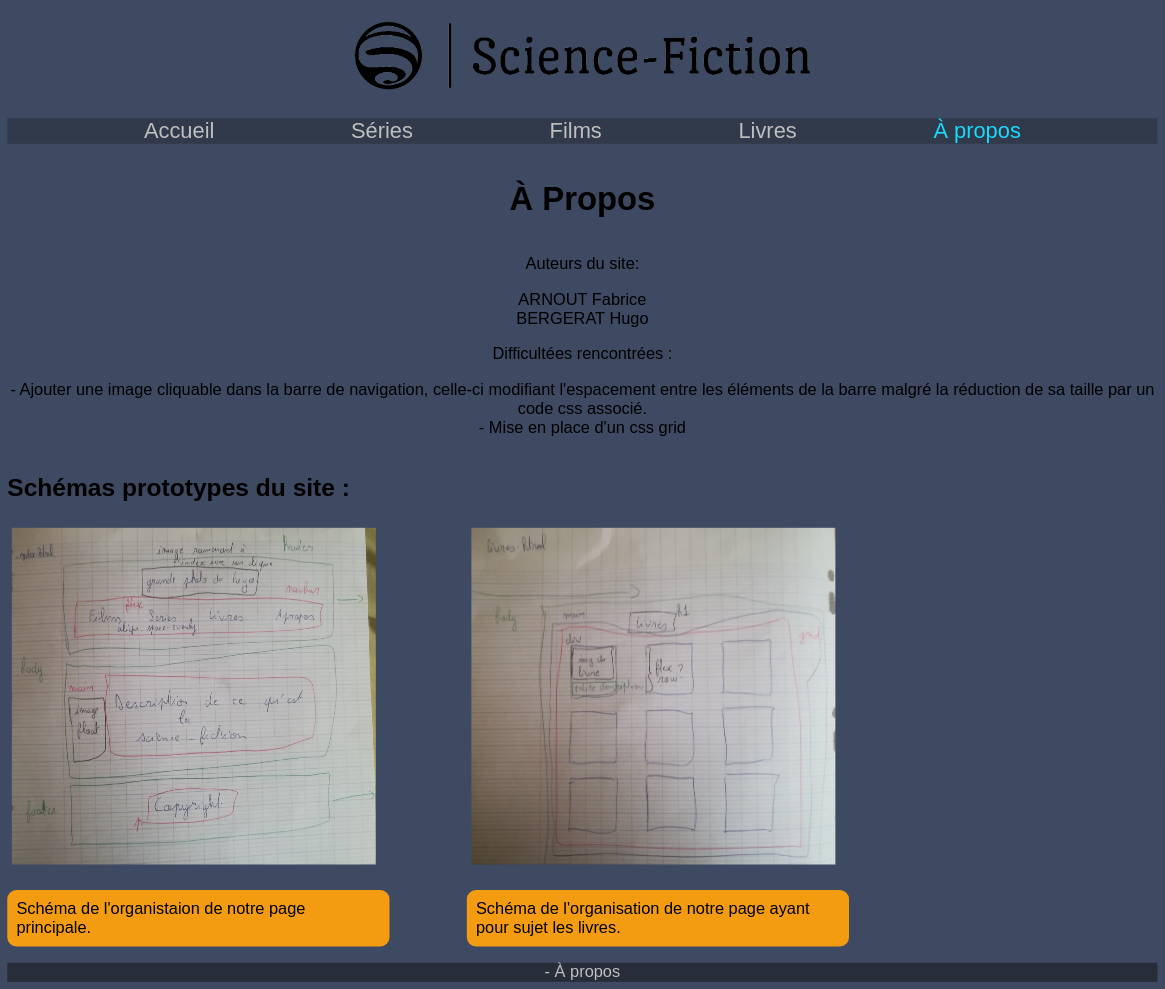
Repository: Emalios/Projet-Web
Page: html/a-propos.html
An editor plug-in stored every save of this project. The page is shown before and after the next save, followed by the edit.
The browser window is 1280 px wide. The pictures show the whole page, at 91% of full size.

Above is the page before, as saved 2020-11-11 20:17:14.

### html/a-propos.html
<!DOCTYPE html>
<html lang="fr" dir="ltr">

<head>
  <meta charset="utf-8">
  <meta name="viewport" content="width=device-width, initial-scale=1.0">
  <title>Science-Fiction - À propos</title>
  <link rel="icon" href="../images/small_icon.png" type="image/png">
  <link rel="stylesheet" href="../css/common.css">
  <link rel="stylesheet" href="../css/a-propos.css">
</head>

<body>
  <header>
    <img id="logo" src="../images/logo_large.png" alt="logo de Science-fiction">
    <nav class="navbar">
      <a href="../index.html" class="nav-link">Accueil</a>
      <a href="series.html" class="nav-link">Séries</a>
      <a href="films.html" class="nav-link">Films</a>
      <a href="livres.html" class="nav-link">Livres</a>
      <a href="a-propos.html" id="active" class="nav-link">À propos</a>
    </nav>
  </header>
  <main>
    <h1 id="title">À Propos</h1>
    <span id="presentation">
      <span id="auteurs-div">Auteurs du site:
        <ul id="auteurs">
          <li class="auteurs-item">ARNOUT Fabrice</li>
          <li class="auteurs-item">BERGERAT Hugo</li>
        </ul>
      </span>
      <span id="difficultees-div">
        Difficultées rencontrées :
        <ul id="difficultees">
          <li class="difficultees-item">- Ajouter une image cliquable dans la barre de navigation, celle-ci modifiant l'espacement entre les éléments de la barre malgré la réduction de sa taille par un code css associé.</li>
          <li class="difficultees-item">- Mise en place d'un css grid</li>
        </ul>
      </span>
    </span>
    <h2 id="sous-titre"> Schémas prototypes du site :</h2>
    <section class="section">
      <img id="schema_index" src="../images/schema_index.jpg" alt="schema de l'index de notre site">
      <p class="legende">Schéma de l'organistaion de notre page principale.</p>
    </section>
    <section class="section">
      <img id="schema_livres" src="../images/schema_livres.jpg" alt="schema de la pasges 'Livres' de notre site">
      <p class="legende">Schéma de l'organisation de notre page ayant pour sujet les livres.</p>
    </section>
  </main>
  <footer><a href="a-propos.html" class="footer-link">- À propos</a></footer>
</body>


</html>

### css/common.css
body {
  background-color: #3e4a61;
  font-size: 18px;
  font-family: "Source Sans Pro", sans-serif;
}

#logo {
  display: block;
  margin-left: auto;
  margin-right: auto;
  padding-top: 1rem;
  padding-bottom: 2rem;
  max-width: 500px;
}

ul {
  list-style: none outside none;
}

.navbar {
  font-size: 24px;
  display: flex;
  flex-wrap: wrap;
  justify-content: space-evenly;
  padding: 0;
  background-color: #313a4b;
}

.nav-link, .footer-link {
  text-decoration: none;
  color: #c0bebe;
}

.nav-link:hover {
  color: #19dafa;
}

#active {
  color: #19dafa !important;
}

#title {
  text-align: center;
  padding: 1rem;
}

footer {
  background-color: #272e3a;
  text-align: center;
}

@media all and (max-width: 700px) {
  #logo {
    display: block;
    margin-left: auto;
    margin-right: auto;
    padding-top: 1em;
    width: 85%;
    max-width: 500px;
  }

}

### css/a-propos.css
/** début css pour a propos */
.texte {
  display: inline-flex;
  flex-direction: row;
  margin: 8px;
  padding: 8px 10px;
  background-color: #f39c12;
  border-radius: 10px;
  max-width: 30%;
}

#auteurs {
  min-width: 155px;
  text-align: center;
}

#difficultes {
  min-width: 260px;
}

.description {
  display: block;
  text-align: justify;
  margin: 0px 5px 5px 5px;
}

section {
  display: inline-block;
  flex-direction: column;
  max-width: 500px;
  vertical-align: top;
  margin-right: auto;
  margin-left: auto;
}

#schema_index, #schema_livres {
  display: inline-block;
  padding: 5px;
  width: 400px;
  height: 370px;
}

.legende {
  display: inline-block;
  max-width: 400px;
  padding: 10px 10px;
  background-color: #f39c12;
  border-radius: 10px;
}

#presentation {
  display: flex;
  flex-direction: column;
}

#auteurs-div, #difficultees-div {
  text-align: center;
}

#auteurs, #difficultees {
  padding: 0;
  display: flex;
  flex-direction: column;
}

.auteurs-item, .difficultees-item {
  display: inline;
}

@media all and (max-width: 700px) {
  .texte {
    display: flex;
    flex-direction: column;
    margin-right: auto;
    margin-left: auto;
    padding: 8px 10px;
    background-color: #f39c12;
    border-radius: 10px;
    min-width: 70%;
    vertical-align: top;
  }
}

/** fin css pour a propos */

After the next save:
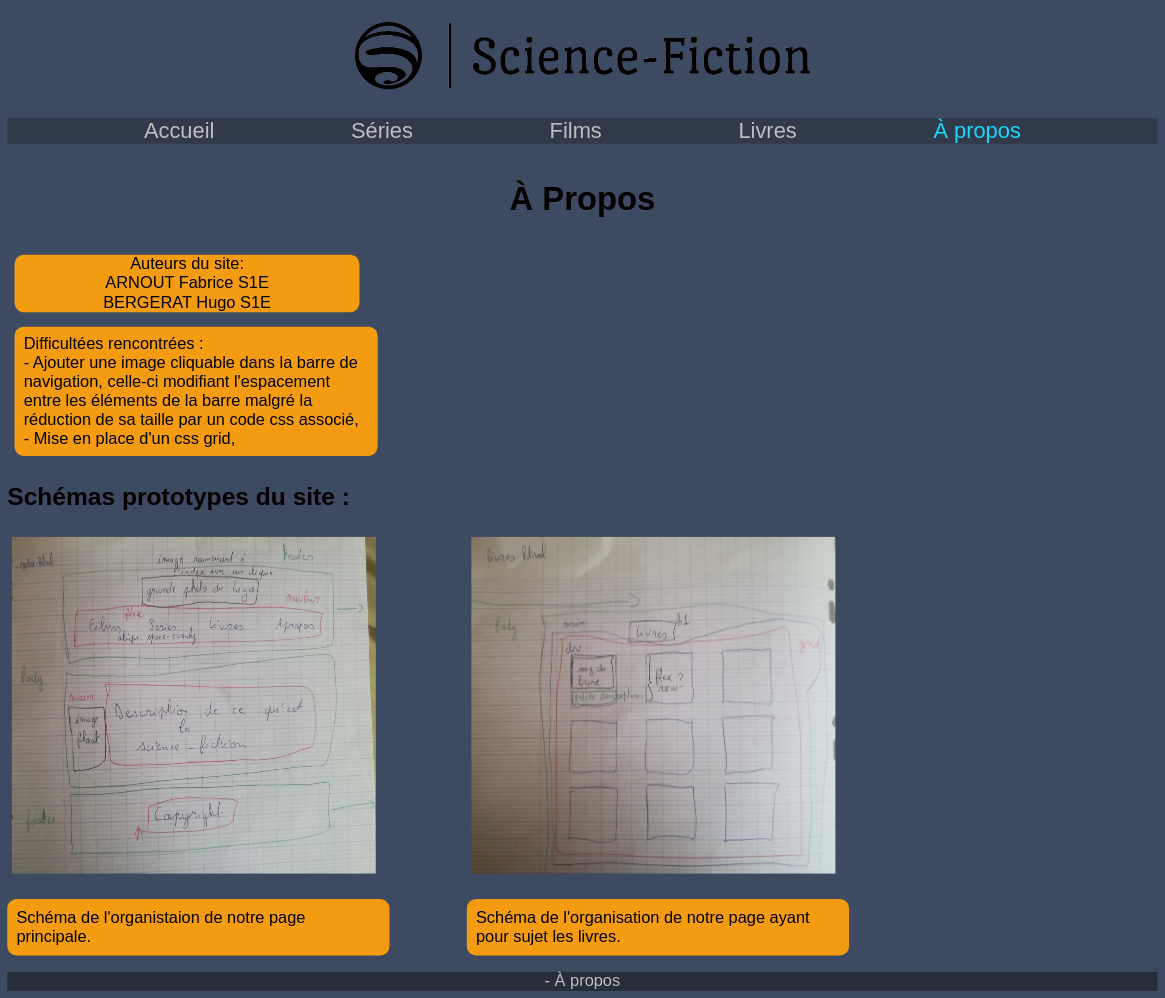
Saved 2 min 51 s later.
--- a/html/a-propos.html
+++ b/html/a-propos.html
@@ -6,8 +6,8 @@
   <meta name="viewport" content="width=device-width, initial-scale=1.0">
   <title>Science-Fiction - À propos</title>
   <link rel="icon" href="../images/small_icon.png" type="image/png">
+  <link rel="stylesheet" href="../css/a-propos.css">
   <link rel="stylesheet" href="../css/common.css">
-  <link rel="stylesheet" href="../css/a-propos.css">
 </head>
 
 <body>
@@ -23,21 +23,10 @@
   </header>
   <main>
     <h1 id="title">À Propos</h1>
-    <span id="presentation">
-      <span id="auteurs-div">Auteurs du site:
-        <ul id="auteurs">
-          <li class="auteurs-item">ARNOUT Fabrice</li>
-          <li class="auteurs-item">BERGERAT Hugo</li>
-        </ul>
-      </span>
-      <span id="difficultees-div">
-        Difficultées rencontrées :
-        <ul id="difficultees">
-          <li class="difficultees-item">- Ajouter une image cliquable dans la barre de navigation, celle-ci modifiant l'espacement entre les éléments de la barre malgré la réduction de sa taille par un code css associé.</li>
-          <li class="difficultees-item">- Mise en place d'un css grid</li>
-        </ul>
-      </span>
-    </span>
+    <p id="auteurs" class="texte">Auteurs du site:<br>ARNOUT Fabrice S1E<br>BERGERAT Hugo S1E</p>
+    <p id="difficultes" class="texte">Difficultées rencontrées :<br>- Ajouter une image cliquable dans la barre de navigation, celle-ci modifiant l'espacement entre les éléments de la barre malgré la réduction de sa taille par un code css associé,
+      <br> - Mise en place d'un css grid,
+    </p>
     <h2 id="sous-titre"> Schémas prototypes du site :</h2>
     <section class="section">
       <img id="schema_index" src="../images/schema_index.jpg" alt="schema de l'index de notre site">
